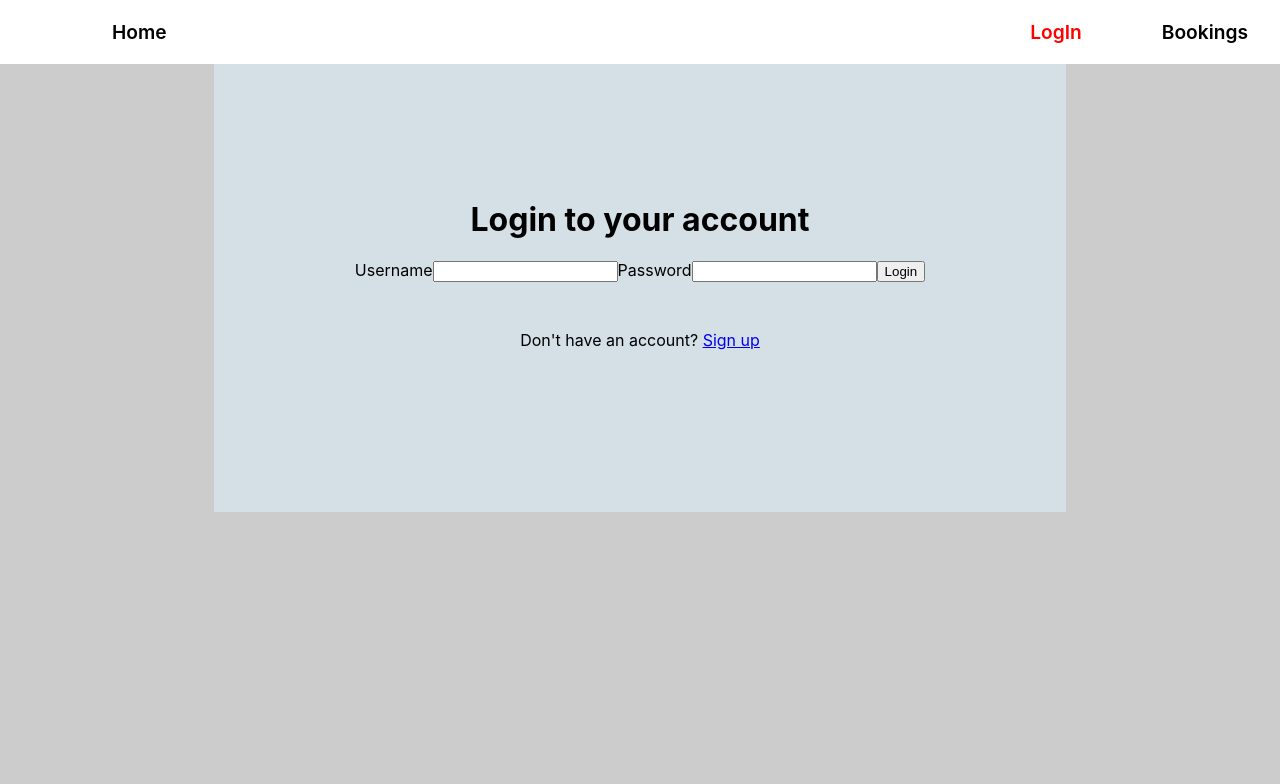
Repository: MikkyPrestige/fake-user-authentication
Page: /login
An editor plug-in stored every save of this project. The page is shown before and after the next save, followed by the edit.
The browser window is 1280 px wide. The pictures show the whole page.
The project was rebuilt for these pictures with package versions that can differ from the ones it lists, and the page was loaded fresh each time. Also part of the build but not shown: src/assets/styles/home.css, src/components/home.jsx, src/assets/styles/booking.css, src/components/booking.jsx, src/components/fallBack.jsx, src/assets/styles/error.css, src/components/error.jsx, src/profile/signUp.jsx and 2 more.

Above is the page before, as saved 2022-11-24 05:36:52.

### src/index.css
body {
  margin: 0;
  font-family: -apple-system, BlinkMacSystemFont, 'Segoe UI', 'Roboto', 'Oxygen',
    'Ubuntu', 'Cantarell', 'Fira Sans', 'Droid Sans', 'Helvetica Neue',
    sans-serif;
  -webkit-font-smoothing: antialiased;
  -moz-osx-font-smoothing: grayscale;
  /* background-image: url(./assets/img/pattern_blue-1.jpg);
  background-repeat: no-repeat;
  background-size: cover;
  background-position: center;
  background-attachment: fixed; */
}

code {
  font-family: source-code-pro, Menlo, Monaco, Consolas, 'Courier New',
    monospace;
}

### src/App.jsx
import React from "react";
import { ErrorBoundary } from "react-error-boundary";
import { Route, Routes } from "react-router-dom";
import { Home, Navigation, Booking, FallBack, Error } from "./components";
import { Login, User, Logout, SignUp } from "./profile";
import RequireAuth from "./profile/context/require";
import { AuthProvider } from "./profile/context/auth";

function App() {
  return (
    <div className="App">
      <ErrorBoundary FallbackComponent={FallBack}>
        <Navigation />
        <AuthProvider>
        <Routes>
          <Route path="/" element={<Home />} />
          <Route path="/login">
            <Route index element={<Login />} />
          </Route>
          <Route path="/user" element={<RequireAuth><User /></RequireAuth>} />
          <Route path="/logout" element={<Logout />} />
          <Route path="/signUp" element={<SignUp />} />
          <Route path="/booking" element={<Booking />} />
          <Route path="*" element={<Error />} />
        </Routes>
        </AuthProvider>
      </ErrorBoundary>
    </div>
  );
}

export default App;

### src/components/index.js
export { default as Navigation } from "./navigation";
export { default as Home } from "./home";
export { default as Booking } from "./booking";
export { default as FallBack } from "./fallBack";
export { default as Error } from "./error";

### src/profile/index.js
export { default as Login } from "./login";
export { default as Logout } from "./logout";
export { default as SignUp } from "./signUp";
export { default as User } from "./user";

### src/profile/context/auth.jsx
// USER AUTHENTICATION CONTEXT
// This context is used to store the user authentication data and provide it to the rest of the application

import React, { createContext, useState, useContext } from "react";

// Create the context
const AuthContext = createContext({ user: {
  userName: "",
  email: "",
  password: "",
  confirmPassword: ""
} });

// Create the provider
const AuthProvider = ({ children }) => {

  // Create the state
  const [user, setUser] = useState({
    userName: "",
    email: "",
    password: "",
    confirmPassword: ""
  });

  // Login the user
  const login = (userName, password) => {
    setUser({
      userName,
      password
    });
  };

  // Sign up the user
  const signUp = (userName, password, email) => {
    setUser({
      userName,
      password,
      email
    });
  };

  // Logout the user
  const logout = () => {
    setUser({
      userName: "",
      email: "",
      password: "",
      confirmPassword: ""
    });
  };

  // Return the provider
  return (
    <AuthContext.Provider value={{ user, login, signUp, logout }}>
      {children}
    </AuthContext.Provider>
  );
};

// Create the hook
const useAuth = () => useContext(AuthContext);

// Export the provider and the hook
export { AuthProvider, useAuth };

// // Create the provider
// const AuthProvider = ({ children }) => {
//   // Create the state
//   const [user, setUser] = useState(null);

//   // Create the login function
//   const login = (user) => {
//     // Set the user
//     setUser(user);
//   };

//   // Create the logout function
//   const logout = () => {
//     // Set the user
//     setUser(null);
//   };

//   // Create sign up function
//   const signUp = (user) => {
//     // Set the user
//     setUser(user);
//   };

//   // Return the provider
//   return (
//     <AuthContext.Provider value={{ user, login, logout, signUp }}>
//       {children}
//     </AuthContext.Provider>
//   );
// };

// // Context hook
// const useAuth = () => useContext(AuthContext);

// // Export the context and provider
// export { AuthContext, AuthProvider, useAuth };

### src/components/navigation.jsx
// NAVIGATION COMPONENT

import React from "react";
import { NavLink } from "react-router-dom";
import "../assets/styles/navigation.css";

const Navigation = () => {
  return (
    <div className="navigation">
      <nav className="navigation__links">
        <div className="navigation--link">
          <NavLink
            style={({ isActive }) =>
              isActive ? { color: "red" } : { color: "black" }
            }
            to="/"
            className="navigation__link--item"
          >
            Home
          </NavLink>
        </div>
        <div className="navigation__link--wrapper">
          <NavLink
            style={({ isActive }) =>
              isActive ? { color: "red" } : { color: "black" }
            }
            to="/login"
            className="navigation__link--item"
          >
             LogIn
          </NavLink>
          <NavLink
            style={({ isActive }) =>
              isActive ? { color: "red" } : { color: "black" }
            }
            to="/booking"
            className="navigation__link--item"
          >
            Bookings
          </NavLink>
        </div>
      </nav>
    </div>
  );
};

export default Navigation;

### src/profile/login.jsx
// LOGIN COMPONENT - LOGIN PAGE
// This component is the login page for the application. It is a form that allows the user to enter their username and password.

import React, { useState } from "react";
import { useNavigate, useLocation } from "react-router-dom";
import { useAuth } from "./context/auth";
import "../assets/styles/login.css";

const Login = () => {
  const [userName, setUserName] = useState("");
  const [password, setPassword] = useState("");
  const [error, setError] = useState("");
  const auth = useAuth();
  const navigate = useNavigate();
  const location = useLocation();

  // Validate the form
  const validate = () => {
    if (!userName && !password) {
      setError("Please enter a username and password or email.");
      return false;
    } else if (userName === "") {
      setError("Please enter a username.");
      return false;
    } else if (password === "") {
      setError("Please enter a password.");
      return false;
    } else {
      return true;
    }
  };

  // Handle the form login
  const handleLogin = () => {
    if (validate()) {
      auth.login(userName, password);
      navigate(location.state?.from || "/user", { replace: true }); // Redirect the user to the user page after they login successfully.
    }
  };

  // Handle the form submit
  const handleSubmit = (e) => {
    e.preventDefault();
    console.log(userName, password);
    handleLogin();
  };

  // Handle the form change
  const handleChange = (e) => {
    const { name, value } = e.target;
    if (name === "user") {
      setUserName(value);
    } else if (name === "password") {
      setPassword(value);
    }
  };

  return (
    <div className="login">
      <div className="login__container">
      <h1 className="login__title">Login to your account</h1>
      <form onSubmit={handleSubmit} className="login__form">
        <label htmlFor="user" className="login__label">
          Username
        </label>
        <input
          type="text"
          name="user"
          value={userName}
          onChange={handleChange}
          className="login__input"
        />
        <label htmlFor="password" className="login__label">
          Password
        </label>
        <input
          type="password"
          name="password"
          value={password}
          onChange={handleChange}
          className="login__input"
        />
        <button type="submit" className="login__btn">
          Login
        </button>
      </form>
      <p className="login__error">{error}</p>
      <p className="login__links">
        Don't have an account?{" "}
        <a href="/signUp" className="login__link--item">
          Sign up
        </a>
      </p>
      </div>
    </div>
  );
};

export default Login;

### src/profile/logout.jsx
// LOGOUT COMPONENT:
// This component is for the logout page in the app

import { useEffect } from "react";
import { useNavigate } from "react-router-dom";
import { useAuth } from "./context/auth";

const Logout = () => {
  const auth = useAuth();
  const navigate = useNavigate();

  useEffect(() => {
    auth.logout();
    navigate("/");
  });

  return null;
};

export default Logout;

### src/assets/styles/navigation.css
.navigation {
  background-color: #fff;
  height: 4rem;
  position: fixed;
  top: 0;
  width: 100%;
  z-index: 100;
}

.navigation__links {
  display: flex;
  justify-content: space-between;
  align-items: center;
  height: 100%;
  padding: 0 2rem;
}

.navigation__link--item {
  font-size: 1.2rem;
  font-weight: 600;
  text-decoration: none;
}

.navigation--link {
  margin-left: 5rem;
}

.navigation__link--wrapper {
  display: flex;
  align-items: center;
  gap: 5rem;
}

### src/assets/styles/login.css
.login {
    background-color: #ccc;
    margin: 0 auto;
    padding: 2rem;
    height: 100vh;
}

.login__container {
    display: flex;
    flex-direction: column;
    justify-content: center;
    align-items: center;
    width: 70%;
    height: 30rem;
    margin: 0 auto;
    background-color: #D4DfE6;
    /* border: 1px solid #ccc; */
    /* border-radius: 5px; */
    /* box-shadow: 0 0 10px #ccc; */
}

Loaded but not shown: public/index.html (common file); src/index.js (common file)

After the next save:
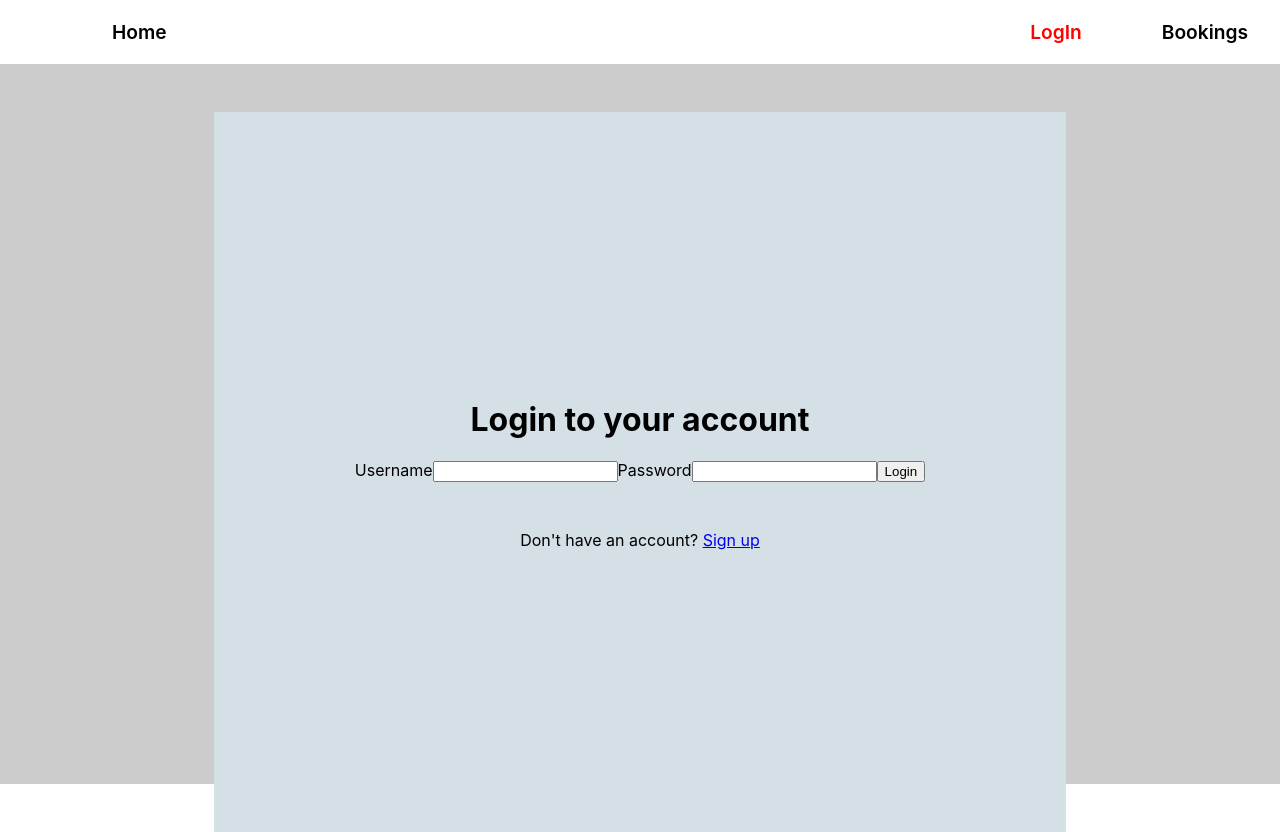
Saved 15 s later.
--- a/src/assets/styles/login.css
+++ b/src/assets/styles/login.css
@@ -11,8 +11,8 @@
     justify-content: center;
     align-items: center;
     width: 70%;
-    height: 30rem;
-    margin: 0 auto;
+    height: 100%;
+    margin: 5rem auto;
     background-color: #D4DfE6;
     /* border: 1px solid #ccc; */
     /* border-radius: 5px; */
